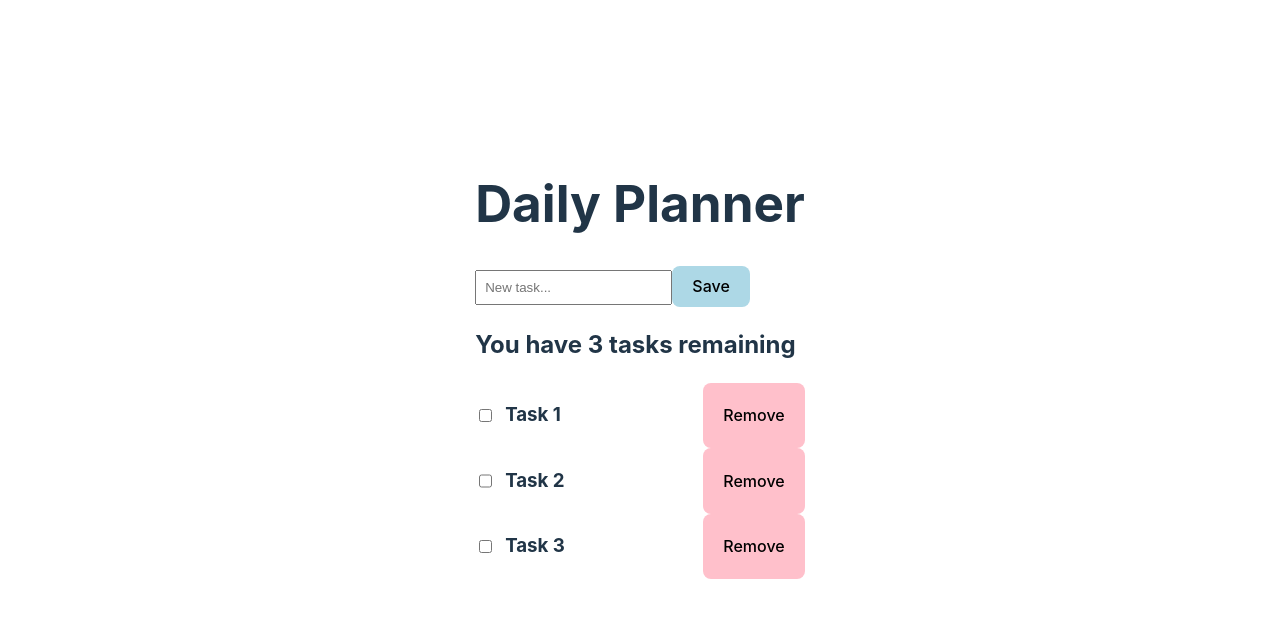
Repository: Vanessahyc/COMP3170_Week6_Lab4
Page: /
The author's editor kept a copy of each file at every save. The page is drawn from the files as they stood at one save, then again after the next save.
The browser window is 1280 px wide. The pictures show the whole page.
The project was rebuilt for these pictures with package versions that can differ from the ones it lists, and the page was loaded fresh each time. Also part of the build but not shown: vite.config.js.

Above is the page before, as saved 2024-10-20 00:23:54.

### src/App.jsx
import { useState } from 'react';
// import reactLogo from './assets/react.svg'
// import viteLogo from '/vite.svg'
import './App.css';
import TaskList from './components/TaskList';
import { initialTasksList } from './data/initialTasksList';


function App() {
  const [preTaskList, setPreTaskList] = useState(initialTasksList);

  const [newTask, setNewTask] = useState('');

  const handleInputChange = (e) => {setNewTask(e.target.value);};

  const handleSave = (e) => {
    e.preventDefault();
    if (newTask.trim()) {
      const newTaskDefault = {id: preTaskList.length ? preTaskList[preTaskList.length - 1].id + 1 : 1, task: newTask, completed: false};
      setPreTaskList([...preTaskList, newTaskDefault]);
      setNewTask('');
    }
  };

  const handleRemove = (taskId) => {
    setPreTaskList(prevTasksStatus => prevTasksStatus.filter(task => task.id !== taskId));
  };

  const handleToggleCheckbox = (taskId) => {
    setPreTaskList(prevTasksStatus => prevTasksStatus.map(task => task.id === taskId ? { ...task, completed: !task.completed } : task ));
  };

  return (
    <>
      <header>
        <h1>Daily Planner</h1>
      </header>
      <form onSubmit={handleSave}>
        <input type='text' className='input_box' placeholder='New task...' value={newTask} onChange={handleInputChange}/>
        <button type='submit'className='save_btn'>Save</button>
      </form>
      <TaskList taskRemain={preTaskList} onRemove={handleRemove} onToggle={handleToggleCheckbox} />
    </>
  )
}

export default App

### src/App.css
#root {
  max-width: 1280px;
  margin: 0 auto;
  padding: 2rem;
}

.logo {
  height: 6em;
  padding: 1.5em;
  will-change: filter;
  transition: filter 300ms;
}
.logo:hover {
  filter: drop-shadow(0 0 2em #646cffaa);
}
.logo.react:hover {
  filter: drop-shadow(0 0 2em #61dafbaa);
}

@keyframes logo-spin {
  from {
    transform: rotate(0deg);
  }
  to {
    transform: rotate(360deg);
  }
}

@media (prefers-reduced-motion: no-preference) {
  a:nth-of-type(2) .logo {
    animation: logo-spin infinite 20s linear;
  }
}

.card {
  padding: 2em;
}

.read-the-docs {
  color: #888;
}

.task {
  list-style: none;
  display: flex;
  justify-content: space-between;
}

.task_title {
  display: flex;
  gap: 10px;
}

.input_box {
  padding: 8px;
}

.save_btn {
  background-color: lightblue;
}

.remove_btn {
  background-color: pink;
}

### src/components/TaskList.jsx
export default function TaskList({ taskRemain, onRemove, onToggle }) {

  const tasksNum = taskRemain.filter(task => !task.completed).length;


  const taskList = taskRemain.map((tasksItem) => (
    <div key={tasksItem.id} className="task">
      <div className="task_title">
        <input type="checkbox" checked={tasksItem.completed} onChange={() => onToggle(tasksItem.id)} />
        <h3>{tasksItem.task}</h3>
      </div>
      <button className="remove_btn" onClick={() => onRemove(tasksItem.id)}>Remove</button>
    </div>
  ));

  return (
    <>
      <h2>You have {tasksNum} tasks remaining</h2>
      <div className="tasklist_container">
        {taskList}
      </div>
    </>
  );
}

### src/data/initialTasksList.js
export const initialTasksList = [
    {
      id: 1,
      task: 'Task 1',
      completed: false
    },
    {
      id: 2,
      task: 'Task 2',
      completed: false
    },
    { id: 3,
      task: 'Task 3',
      completed: false
    }
  ];

Loaded but not shown: index.html (common file); src/main.jsx (common file); src/index.css (common file)

After the next save:
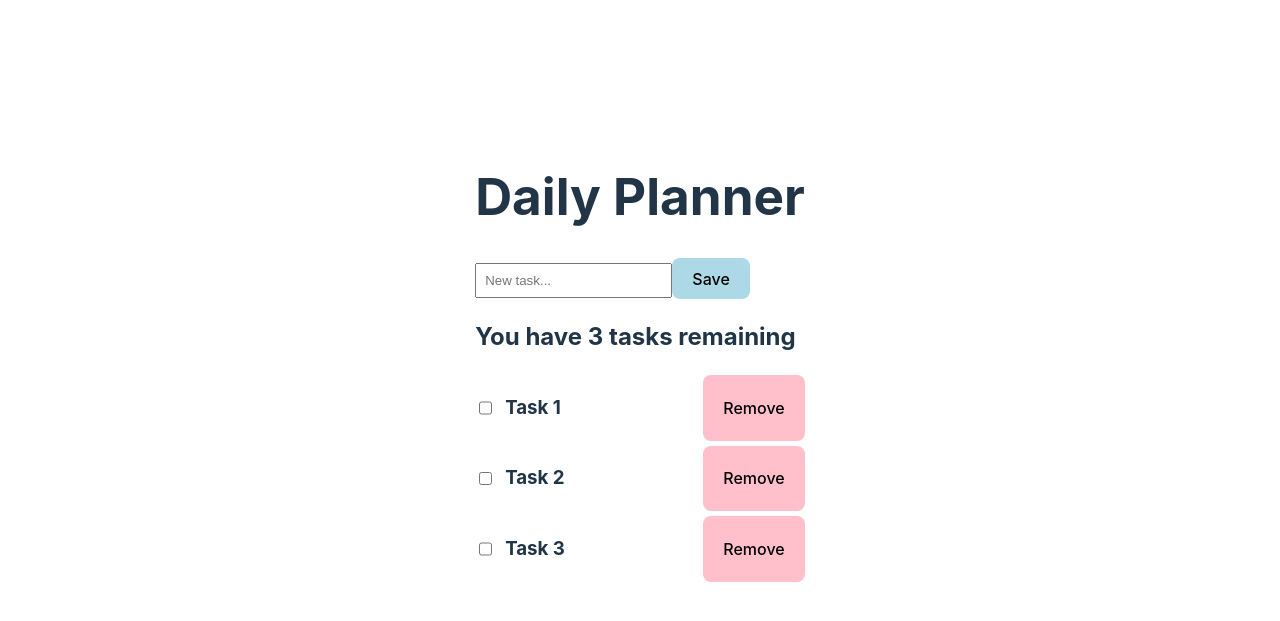
Saved 29 s later.
--- a/src/App.css
+++ b/src/App.css
@@ -44,6 +44,7 @@
   list-style: none;
   display: flex;
   justify-content: space-between;
+  margin-bottom: 5px;
 }
 
 .task_title {
